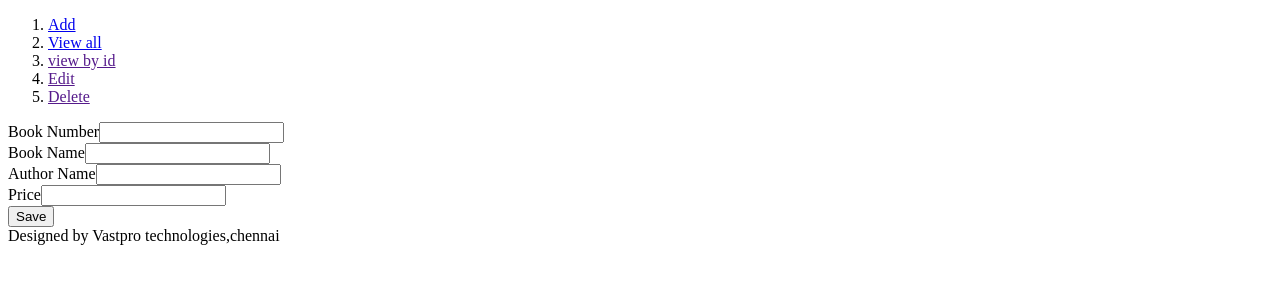
Repository: Balamurugan1914/crud_operation_without_db
Page: http://localhost/Java_bean/addbook.jsp
The author's editor kept a copy of each file at every save. The page is drawn from the files as they stood at one save, then again after the next save.
The browser window is 1280 px wide. The pictures show the whole page.
The page is served by Tomcat 9.

Above is the page before, as saved 2022-06-21 07:35:08.

After the next save:
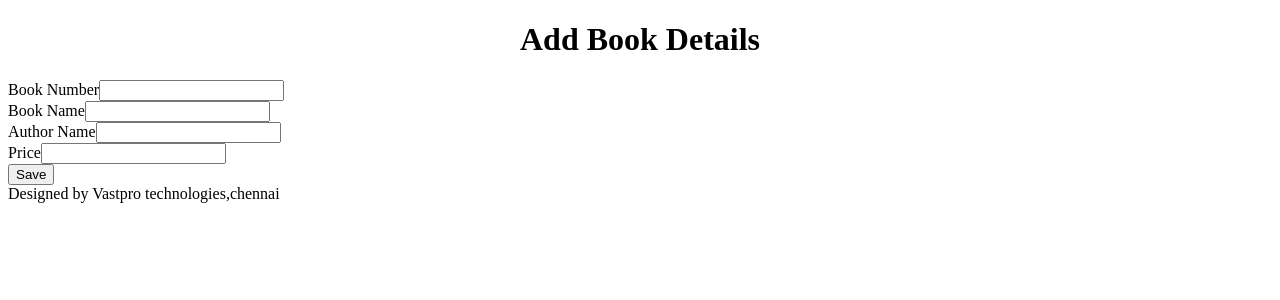
Saved 3 min 52 s later.
--- a/Java_bean/src/main/webapp/addbook.jsp
+++ b/Java_bean/src/main/webapp/addbook.jsp
@@ -8,7 +8,7 @@
 <title>Insert title here</title>
 </head>
 <body>
-<%@include file="header.html" %>
+<h1 align="center">Add Book Details</h1>
 <div ><p style="color: green"><c:out value="${message}"/></div>
 	<form action="books" method="post">
 		<div>
